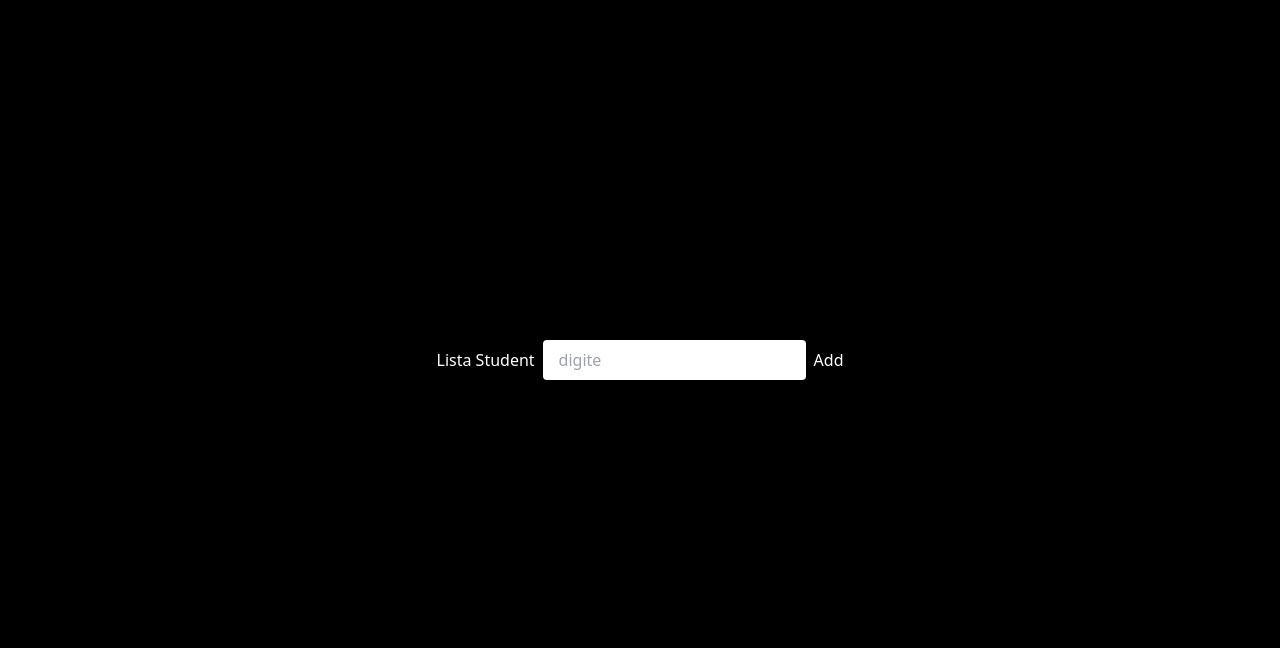
Repository: LuisSempre/FundamentosReact
Page: /
These files come from the project's save history. The page is drawn as it stood at one moment and after the next save; the edit follows.
The browser window is 1280 px wide. The pictures show the whole page.
The project was rebuilt for these pictures with package versions that can differ from the ones it lists, and the page was loaded fresh each time. Also part of the build but not shown: vite.config.js, src/components/Card.jsx.

Above is the page before, as saved 2022-06-28 18:17:40.

After the next save:
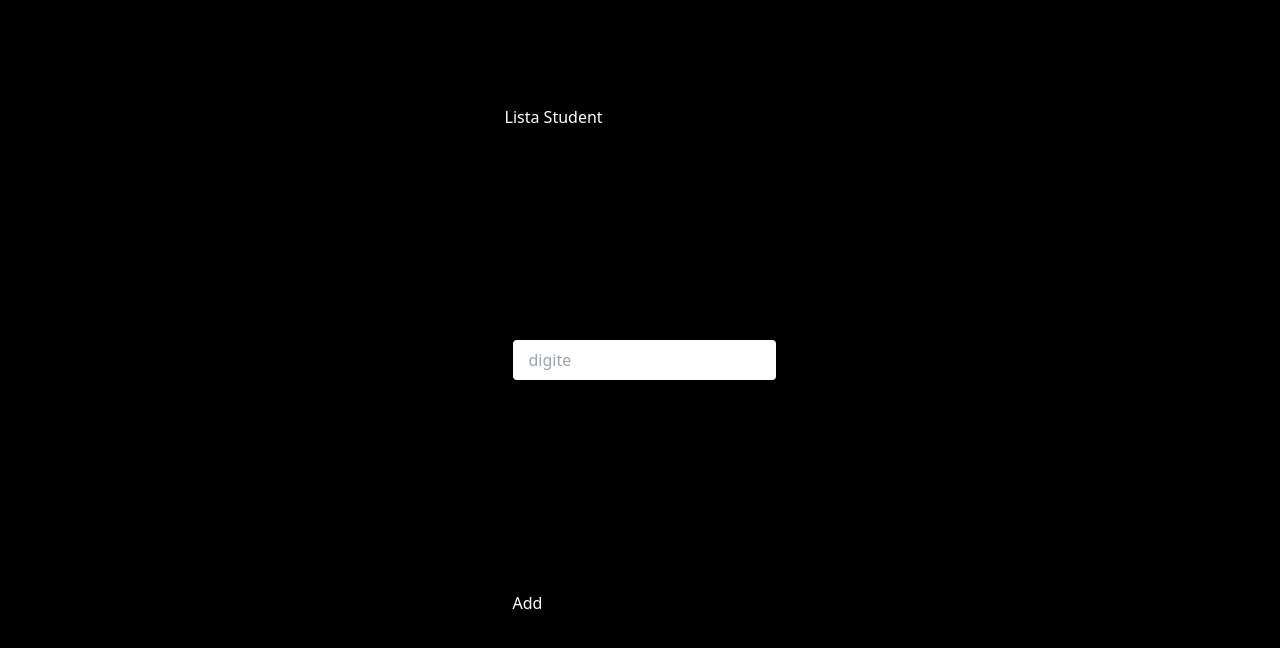
Saved 12 s later.
--- a/src/pages/Home.jsx
+++ b/src/pages/Home.jsx
@@ -17,7 +17,7 @@ export function Home() {
     setStudents((prevState) => [...prevState, newStudent]);
   }
   return (
-    <div className="flex items-center justify-center w-full h-screen space-x-2">
+    <div className="grid items-center justify-center w-full h-screen space-x-2">
       <div>
         <h1>Lista {student} </h1>
       </div>
